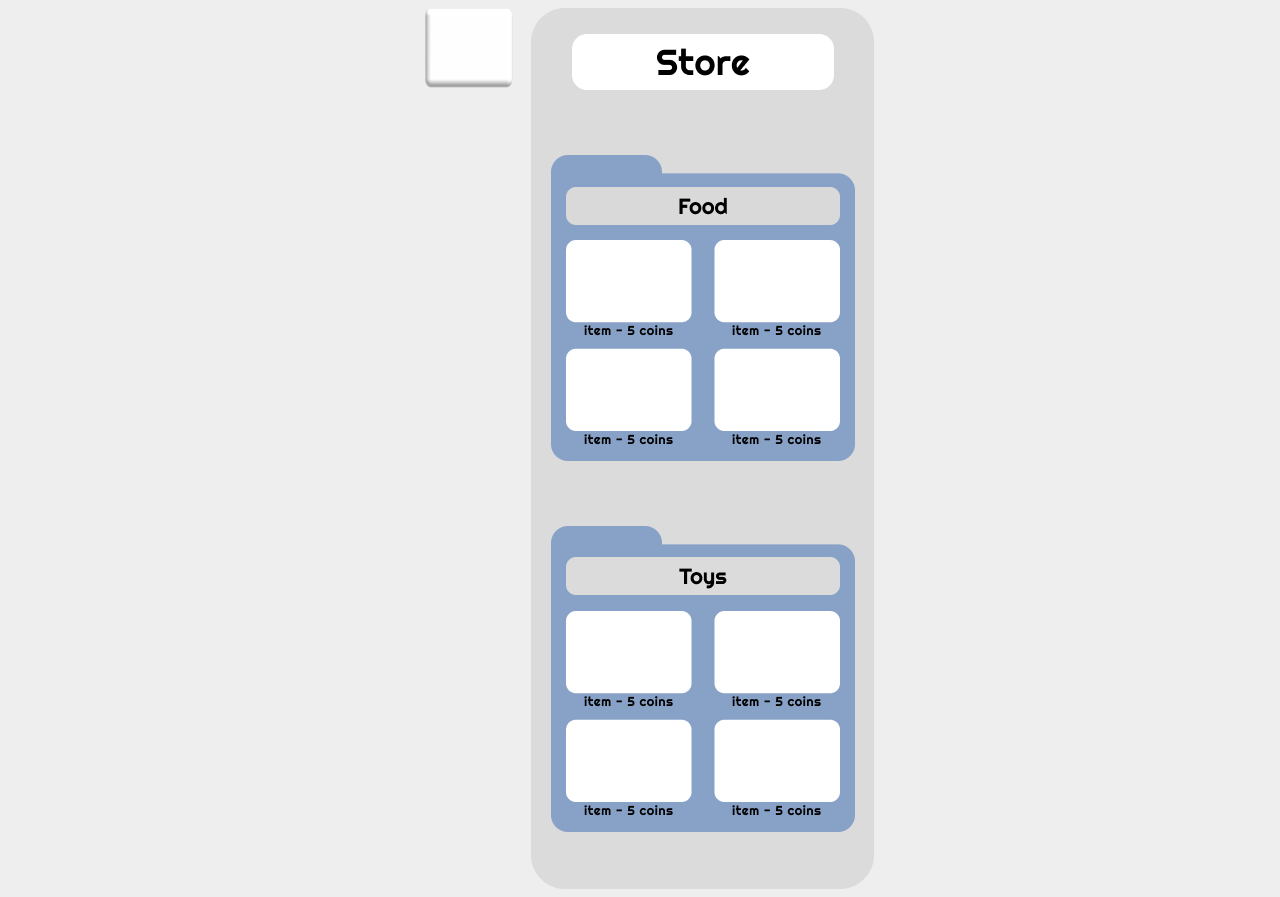
Repository: alemunden/Trash-Scavengers
Page: /ScrappyStore
An editor plug-in stored every save of this project. The page is shown before and after the next save, followed by the edit.
The browser window is 1280 px wide. The pictures show the whole page.
The project was rebuilt for these pictures with package versions that can differ from the ones it lists, and the page was loaded fresh each time. The framework's server and built-in components were replaced by stand-ins that run in the browser. Also part of the build but not shown: next.config.mjs.

Above is the page before, as saved 2024-04-28 14:35:54.

### pages/ScrappyStore.js
import styles from '@/styles/ScrappyStore.module.css'
import Image from 'next/image'

export default function ScrappyStore() {
    return(
        <>
        <div className={styles.store}>
            <div className={styles.storeItems}>
                <Image src={'/storeitem.png'} width={125.55} height={82.25}/>
            </div>
            <Image src={'/storebackground.png'} width={343} height={881}/>
        </div>
        </>
    )
}

### styles/globals.css
:root {
    --white: #eee;
    --black: #000;
    --light-green: #B4E88C;
    --light-blue: #9EBAE5;
    --light-gray: #c5c5c5;
    --light-yellow: #F3CD70;
    --light-pink: #F3D9D9;
    --medium-green: #429600;
    --gold: #ED9F26;

}

html, body {
    overflow-x: hidden;
    background-color: var(--white);
  }

main {
    padding: 1rem;
  }

li {
    list-style-type: none;
    cursor: pointer;
    margin: 1rem;
    width: 100%;
    padding: 0.5rem;
    color: #000105;
    background-color: var(--light-blue);
    border-radius: 1rem;
    border-bottom: 6px solid #7893bb;
    font-family: "Righteous", sans-serif;
    text-align: center;
    font-size: 1.5rem;
  }

.liHover:hover {
    background-color: #7893bb;
    columns: #fff;
}

.liSelected {
    color: #fff;
    background-color: #000925;
}

### styles/ScrappyStore.module.css
.store {
    display: flex;
    justify-content: center;
}

Loaded but not shown: pages/_app.js (common file); pages/_document.js (common file)

After the next save:
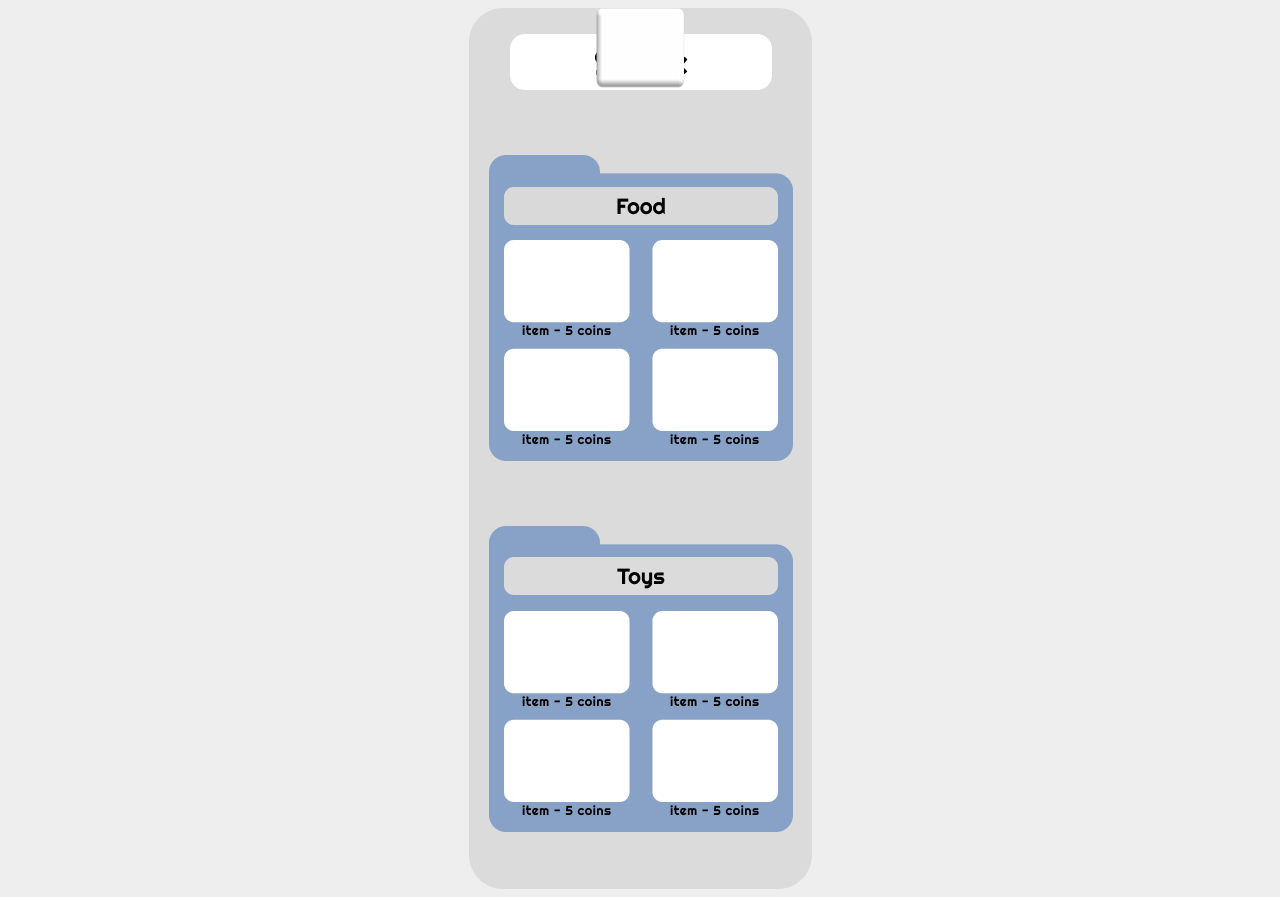
Saved 16 s later.
--- a/styles/ScrappyStore.module.css
+++ b/styles/ScrappyStore.module.css
@@ -2,3 +2,7 @@
     display: flex;
     justify-content: center;
 }
+
+.storeItems {
+    position: absolute;
+}

After the save that followed:
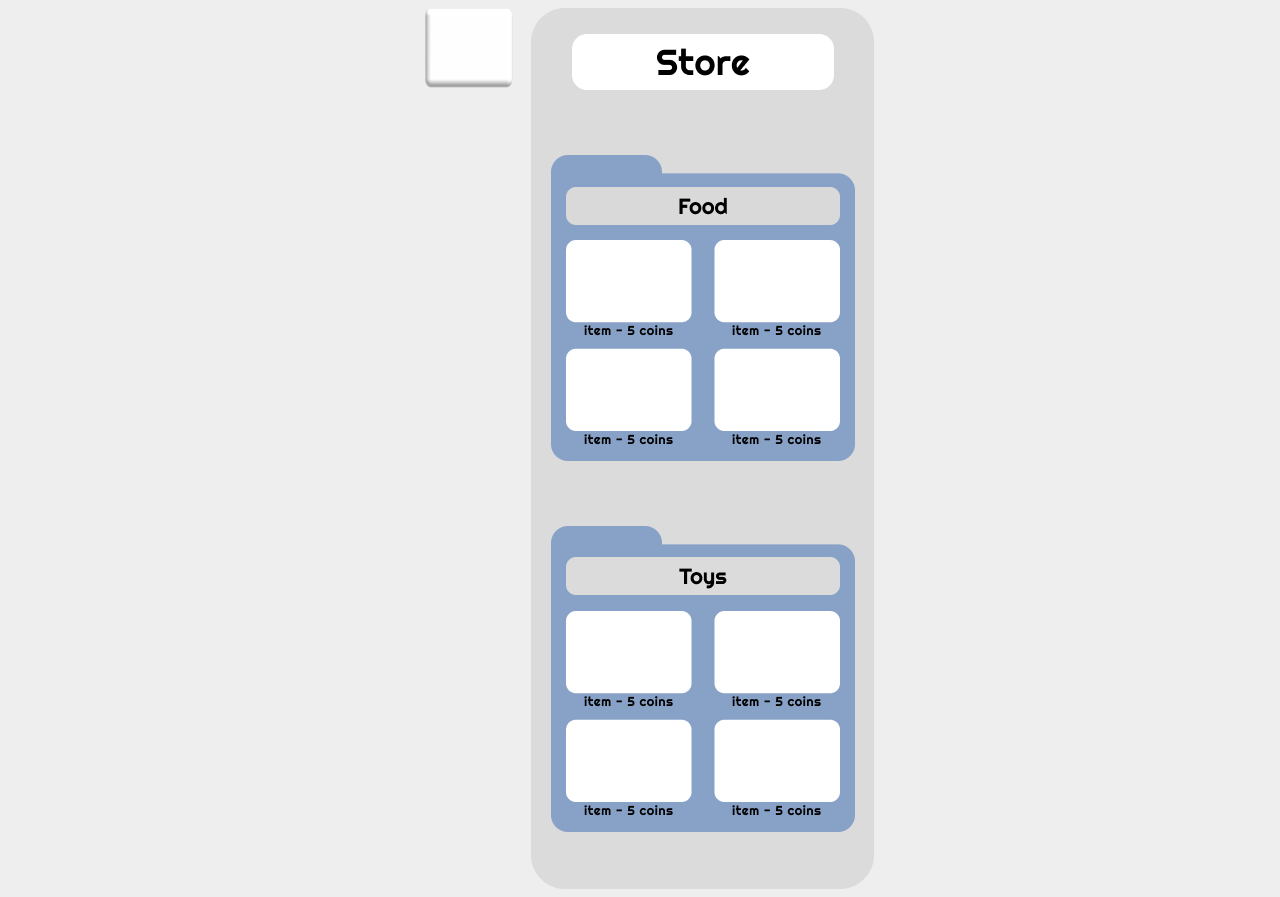
Saved 24 s later.
--- a/pages/ScrappyStore.js
+++ b/pages/ScrappyStore.js
@@ -5,8 +5,8 @@ export default function ScrappyStore() {
     return(
         <>
         <div className={styles.store}>
-            <div className={styles.storeItems}>
-                <Image src={'/storeitem.png'} width={125.55} height={82.25}/>
+            <div className={styles.storeItem}>
+            <Image src={'/storeitem.png'} width={125.55} height={82.25}/>
             </div>
             <Image src={'/storebackground.png'} width={343} height={881}/>
         </div>
